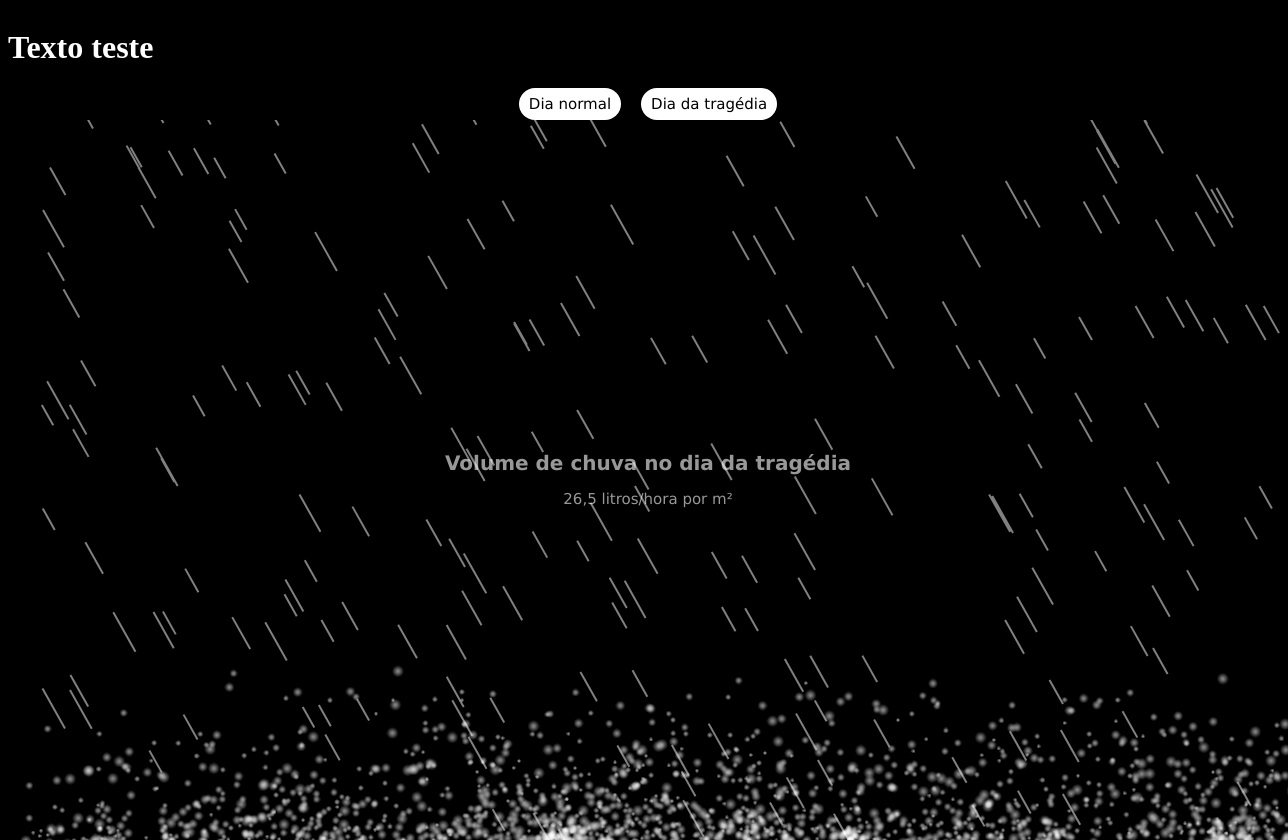
Repository: lucasthaynan/chuvas-estadao
Page: index.html
An editor plug-in stored every save of this project. The page is shown before and after a run of saves, followed by the edit.
The browser window is 1280 px wide. The page is 1288 px wide, so the pictures cover 1288 px, including what lies to the right of the window. The pictures show the whole page.

Above is the page before, as saved 2023-02-24 10:38:54.
Console error: ReferenceError: dat is not defined

After the next 2 saves:
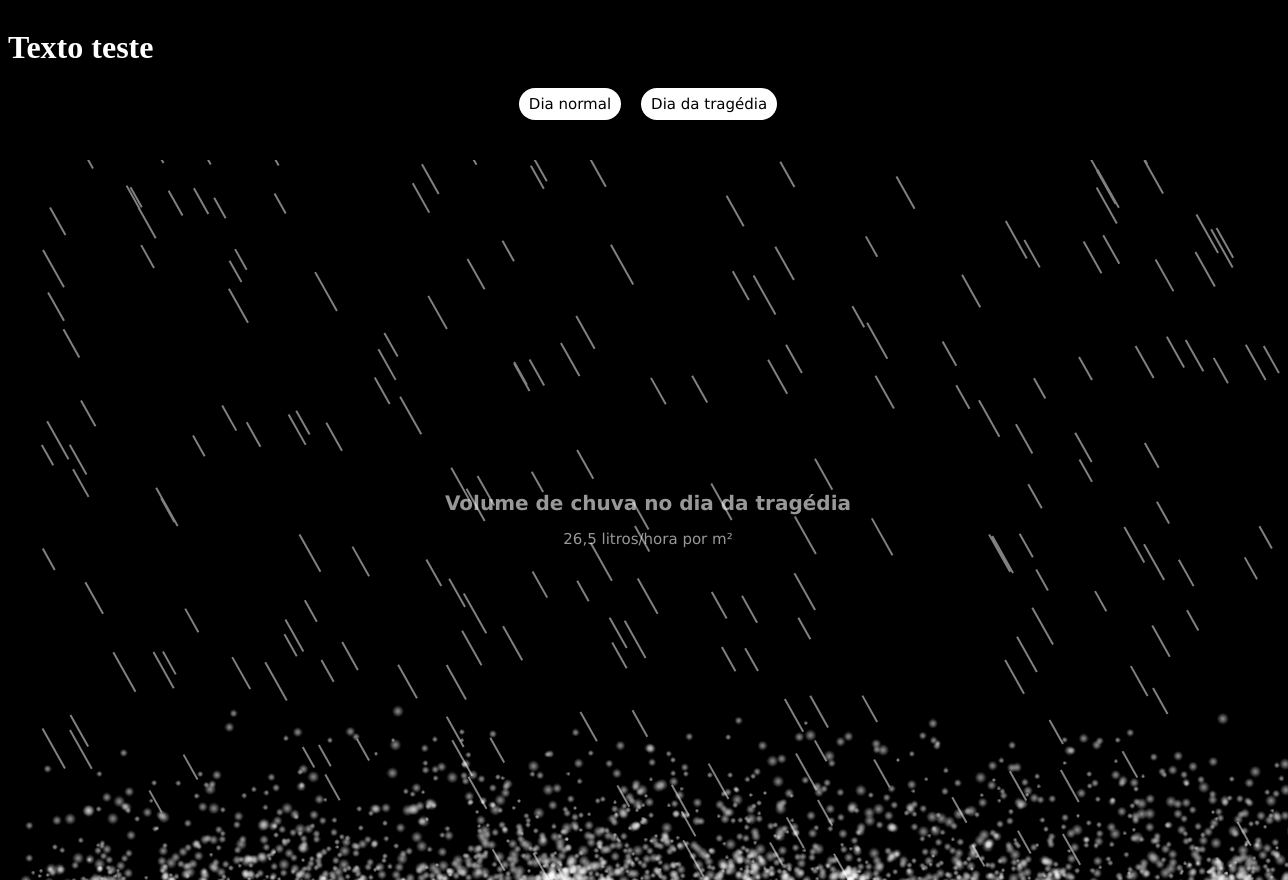
The 2 saves are shown as one change because they came seconds apart.
The last was saved 24 s later.
--- a/style.css
+++ b/style.css
@@ -55,6 +55,7 @@ div.btns {
     align-items: center;
     justify-content: center;
     gap: 20px;
+    padding-bottom: 40px;
 }
 
 div.btns > div {
